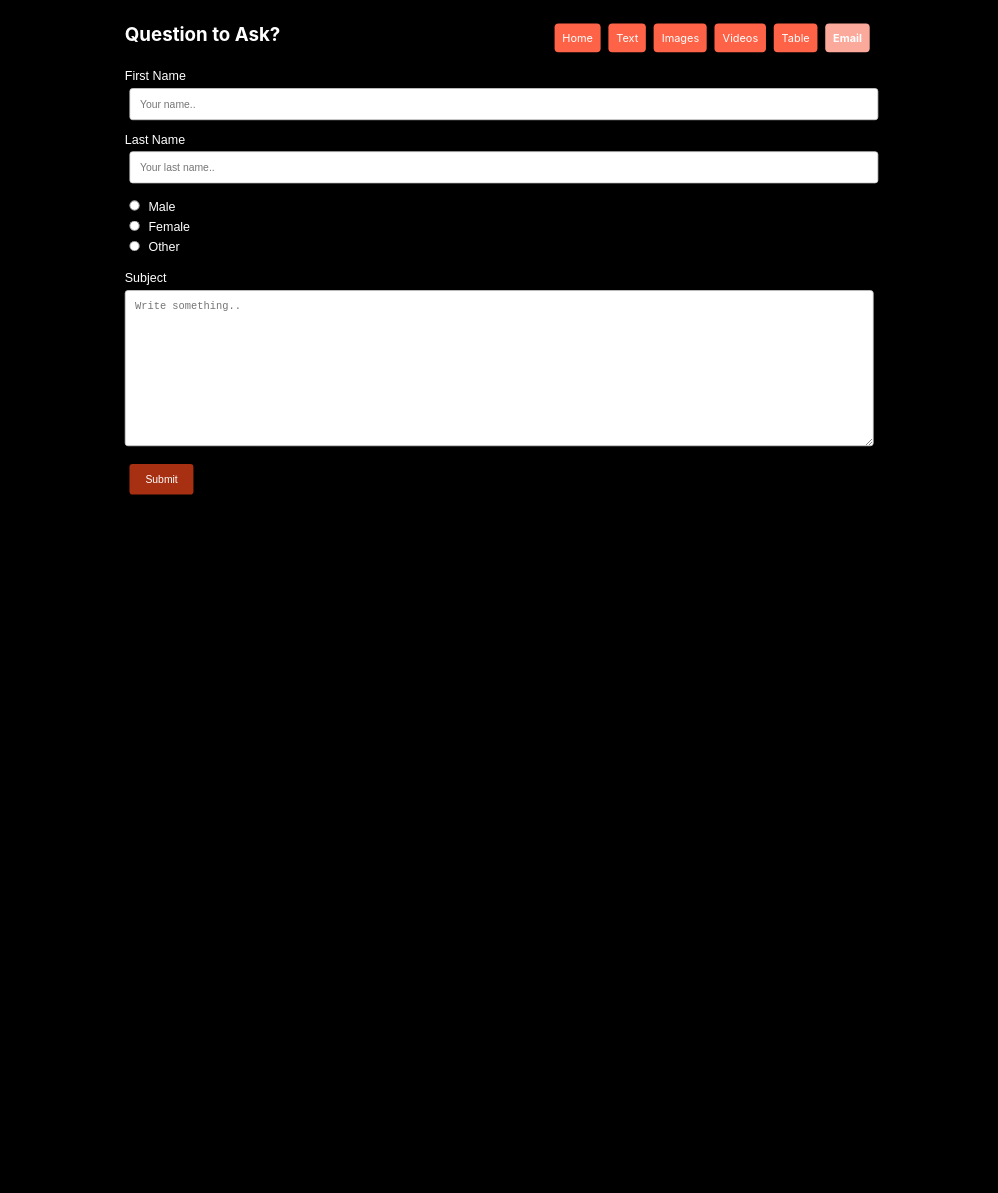
Repository: luhan68/personal_website
Page: email.html
An editor plug-in stored every save of this project. The page is shown before and after the next save, followed by the edit.
The browser window is 1280 px wide. The pictures show the whole page, at 78% of full size.

Above is the page before, as saved 2021-01-30 22:54:09.

After the next save:
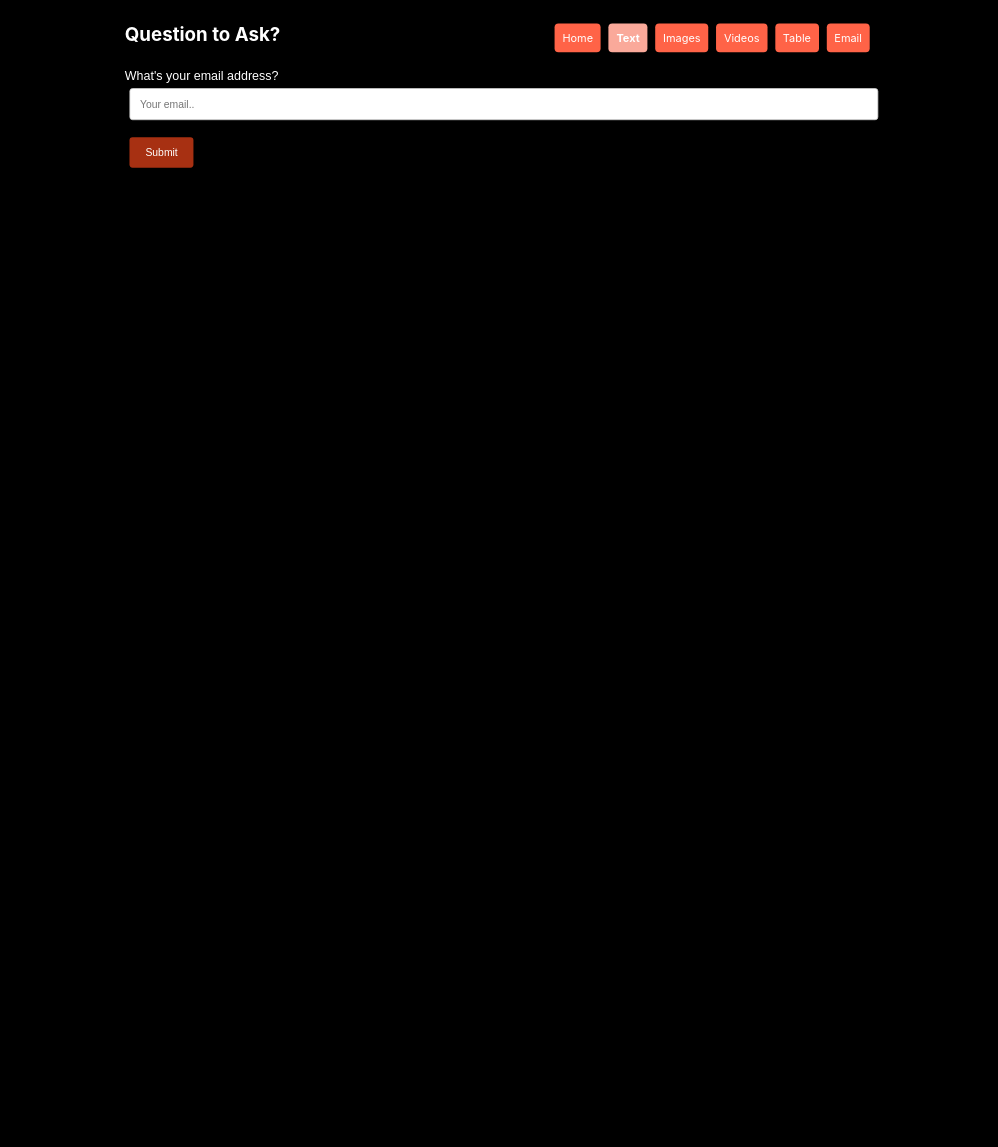
Saved 21 s later.
--- a/email.html
+++ b/email.html
@@ -4,45 +4,24 @@
         <div class="nav-bar">
             <ul>
                 <li><a href="index.html">Home</a></li>
-                <li><a href="text.html">Text</a></li>
+                <li class="active-page"><a href="text.html">Text</a></li>
                 <li><a href="image.html">Images</a></li>
                 <li><a href="video.html">Videos</a></li>
                 <li><a href="table.html">Table</a></li>
-                <li class="active-page"><a href="email.html">Email</a></li>
+                <li><a href="email.html">Email</a></li>
             </ul>
 
         </div>
     </div>
 
     <h2 class="title">Question to Ask?</h2>
-        <div class="container">
-            <form action="action_page.php">
+            <form>
 
-              <label for="fname">First Name</label>
-              <input type="text" id="fname" name="firstname" placeholder="Your name..">
-
-              <label for="lname">Last Name</label>
-              <input type="text" id="lname" name="lastname" placeholder="Your last name..">
-
-
-
-              <input type="radio" id="male" name="gender" value="male">
-                <label for="male">Male</label><br>
-                <input type="radio" id="female" name="gender" value="female">
-                <label for="female">Female</label><br>
-                <input type="radio" id="other" name="gender" value="other">
-                <label for="other">Other</label>
-
-
-              <br>
-              <br>
-              <label for="subject">Subject</label>
-              <textarea id="subject" name="subject" placeholder="Write something.." style="height:200px"></textarea>
-
+              <label for="fname">What's your email address?</label>
+              <input type="text" id="fname" name="firstname" placeholder="Your email..">
               <input type="submit" value="Submit">
 
             </form>
-          </div>
 
           <button class="scrollToTopBtn">☝️</button>
           <script type="text/javascript" src="script.js"></script>
